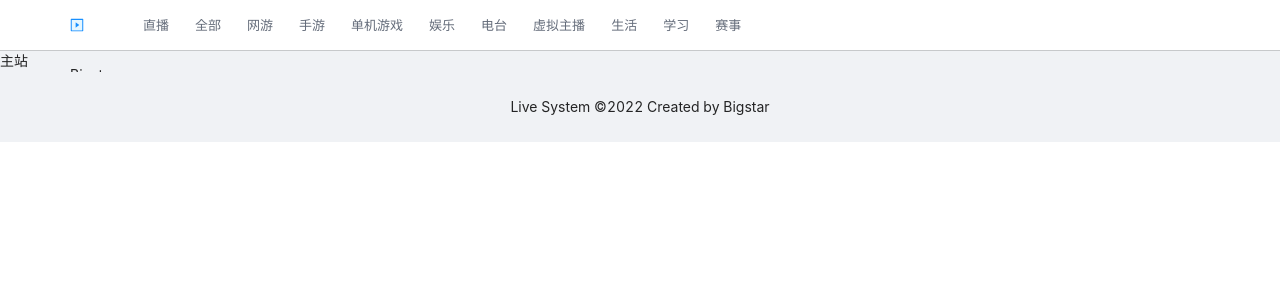
Repository: Bigstar-hyx/webrtc-react
Page: /
These files come from the project's save history. The page is drawn as it stood at one moment and after the next save; the edit follows.
The browser window is 1280 px wide. The pictures show the whole page.
The project was rebuilt for these pictures with package versions that can differ from the ones it lists, and the page was loaded fresh each time. Also part of the build but not shown: craco.config.js, webpack.config.js, src/pages/live/Index.css, src/pages/live/component/Content/Video/video.css, src/pages/live/component/Content/Video/Video.js, src/pages/live/component/Content/Comments/comments.css, src/pages/live/component/Content/Comments/TalkSend.js, src/pages/live/component/Content/Comments/Talk.js and 5 more.

Above is the page before, as saved 2022-01-30 16:15:50.

After the next save:
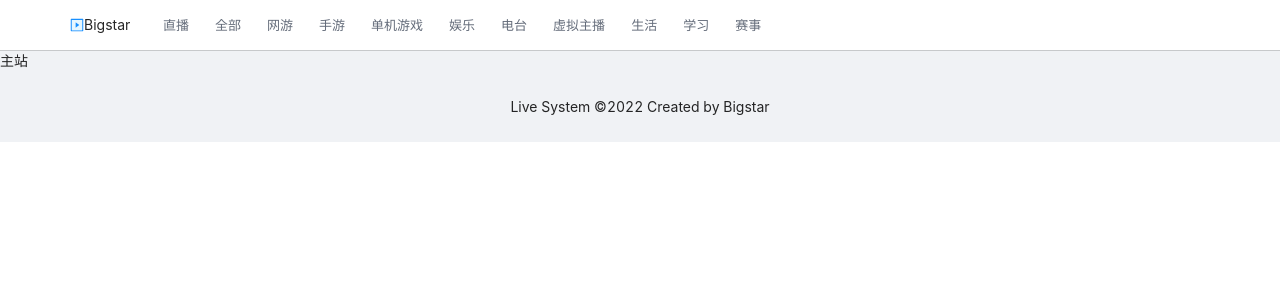
Saved 32 s later.
--- a/src/top/index.css
+++ b/src/top/index.css
@@ -9,5 +9,5 @@
 .logo {
   float: left;
   padding: 0px 0px 0px 20px;
-  width: 80px;
+  width: 100px;
 }
